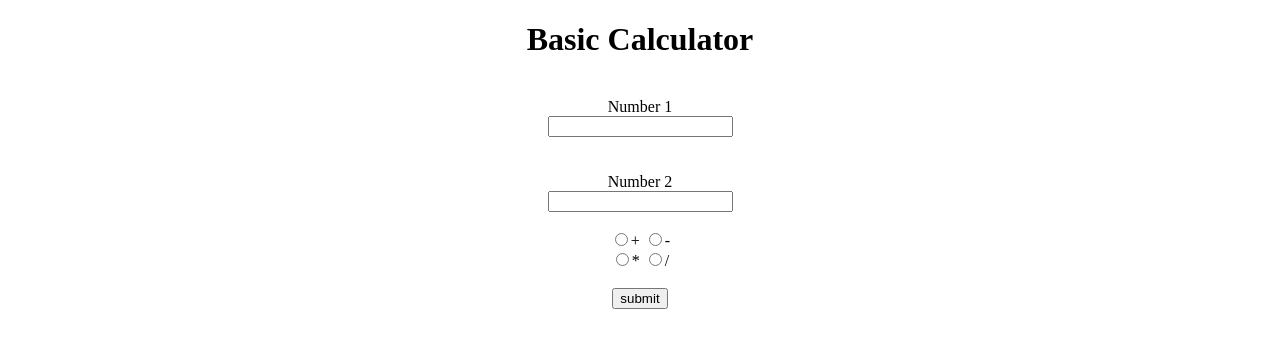
Repository: RoopaAdithya/Hibernate
Page: http://localhost/Saddlepoint/Calculator.jsp
An editor plug-in stored every save of this project. The page is shown before and after the next save, followed by the edit.
The browser window is 1280 px wide. The pictures show the whole page.
The page is served by Tomcat 9.

Above is the page before, as saved 2018-03-13 07:01:37.

After the next save:
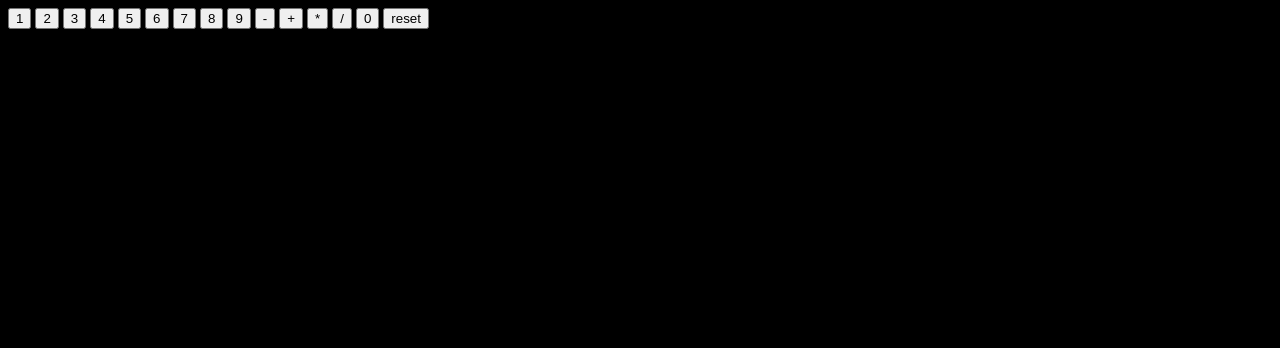
Saved 23 min 24 s later.
--- a/Saddlepoint/WebContent/Calculator.jsp
+++ b/Saddlepoint/WebContent/Calculator.jsp
@@ -5,22 +5,26 @@
 <head>
 <meta http-equiv="Content-Type" content="text/html; charset=ISO-8859-1">
 <title>Calculator</title>
-<head><h1><center>Basic Calculator</center></h1></head>
-<body>
-<center>
-<form action="Calculator.jsp" method="get">
-<label for="num1"><br>Number 1</br> </label>
-<input type="text" name="num1"><br><br>
-<label for="num2"><br>Number 2</br> </label>
-<input type="text" name="num2"><br><br>
+</head>
+<body bgcolor="#00000" text="gold">
+<form name="calculator">
+<input type="button" value="1" onclick="document.calculator.ans.value+='1'">
+<input type="button" value="2" onclick="document.calculator.ans.value+='2'">
+<input type="button" value="3" onclick="document.calculator.ans.value+='3'">
+<input type="button" value="4" onclick="document.calculator.ans.value+='4'">
+<input type="button" value="5" onclick="document.calculator.ans.value+='5'">
+<input type="button" value="6" onclick="document.calculator.ans.value+='6'">
+<input type="button" value="7" onclick="document.calculator.ans.value+='7'">
+<input type="button" value="8" onclick="document.calculator.ans.value+='8'">
+<input type="button" value="9" onclick="document.calculator.ans.value+='9'">
+<input type="button" value="-" onclick="document.calculator.ans.value+='-'">
+<input type="button" value="+" onclick="document.calculator.ans.value+='+'">
+<input type="button" value="*" onclick="document.calculator.ans.value+='*'">
+<input type="button" value="/" onclick="document.calculator.ans.value+='/'">
+<input type="button" value="0" onclick="document.calculator.ans.value+='0'">
 
-<input type="radio" name="r1" value="Add">+
-<input type="radio" name="r1" value="sub">-<br>
-<input type="radio" name="r1" value="mul">*
-<input type="radio" name="r1" value="div">/<br><br>
+<input type="reset" value="reset">
 
-<input type="submit" value="submit">
-</center>
 </form>
 </body>
 </html>
